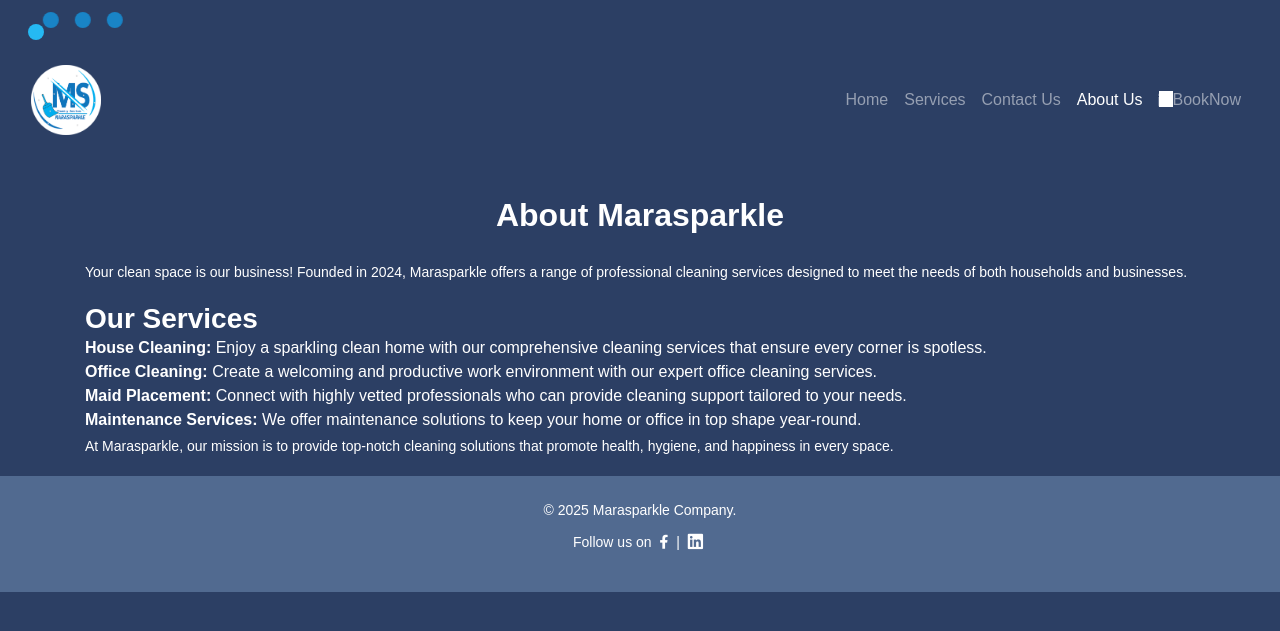
Repository: guineveretim/sparkle
Page: http://localhost/about/
An editor plug-in stored every save of this project. The page is shown before and after the next save, followed by the edit.
The browser window is 1280 px wide. The pictures show the whole page.
The page is served by the project's application, run on Django 5.2 (manage.py).

Above is the page before, as saved 2025-04-16 10:35:12.

After the next save:
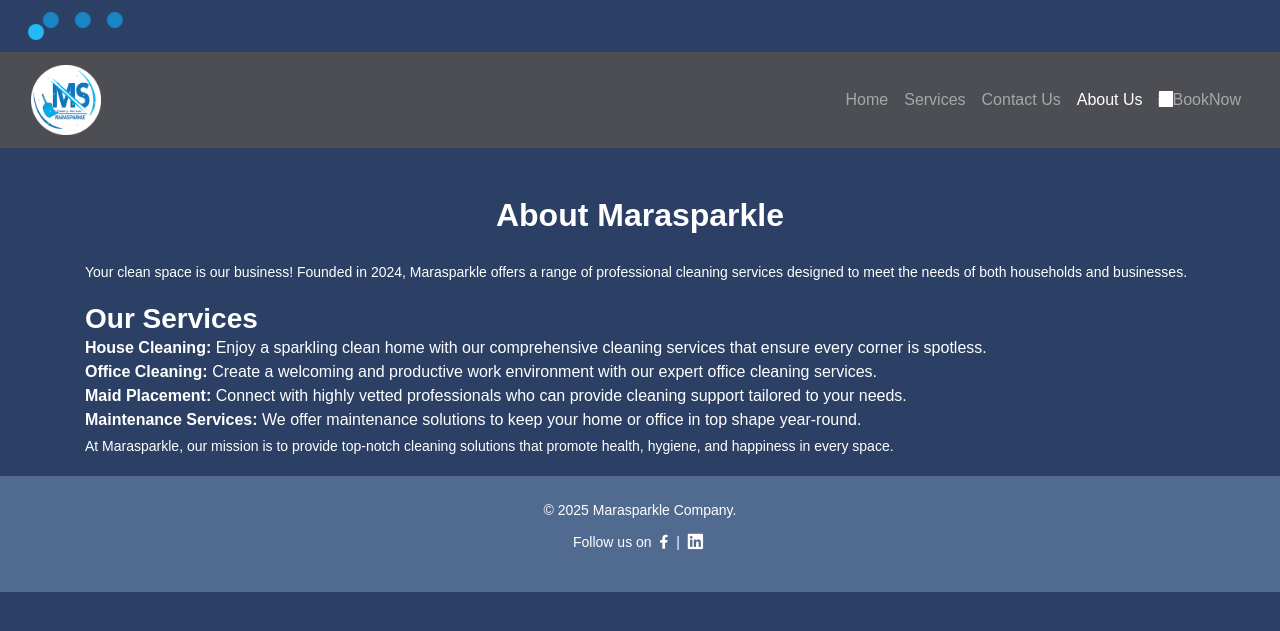
Saved 29 s later.
--- a/templates/application/about.html
+++ b/templates/application/about.html
@@ -42,7 +42,7 @@
 
 
     <!-- ***** Header Area Start ***** -->
-        <nav class="navbar navbar-expand-lg navbar-dark sticky-top" style="background-color: #2c3f64;">
+        <nav class="navbar navbar-expand-lg navbar-dark sticky-top" style="background-color:rgb(76, 78, 83);">
             <div class="container-fluid">
             <a class="navbar-brand" href="{% url 'home' %}">
                 <img src="{% static 'icons/Maralog.png' %}" style="width:70px;">
